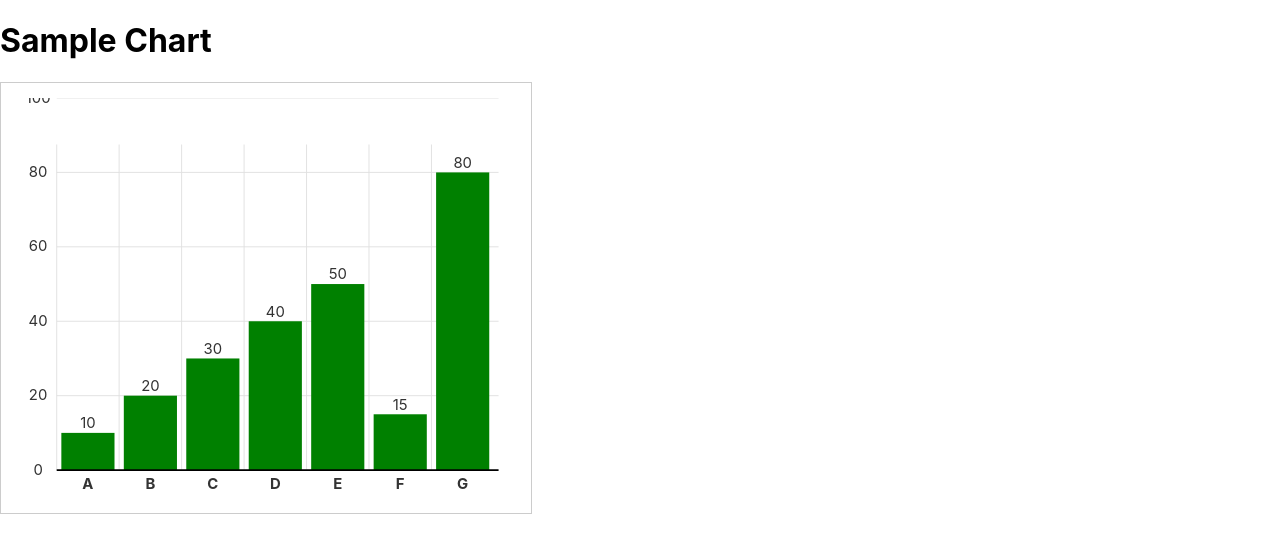
Repository: CaptainJang316/GChart
Page: /
An editor plug-in stored every save of this project. The page is shown before and after a run of saves, followed by the edit.
The browser window is 1280 px wide. The pictures show the whole page.
The project was rebuilt for these pictures with package versions that can differ from the ones it lists, and the page was loaded fresh each time. Also part of the build but not shown: src/App.css.

Above is the page before, as saved 2024-11-09 18:03:48.

### src/App.tsx
/* eslint-disable */
import React from 'react';
import './App.css';
import BarChart from './components/Chart/BarChart';
import { Option } from './types/Option';

function App() {
  const sampleOption: Option = {
    type: 'bar',
    data: [
      { label: 'A', value: 10 },
      { label: 'B', value: 20 },
      { label: 'C', value: 30 },
      { label: 'D', value: 40 },
      { label: 'E', value: 50 },
      { label: 'F', value: 15 },
      { label: 'G', value: 80 },
    ],
    layout: {
      width: 500,
      height: 400,
      axisCnt: 5
    },
    style: {
      color: "green"
    },
    tooltip: true,
    label:  {
      show: true,
      position: 'mid'
    }
  };

  return (
    <div>
      <h1>Sample Chart</h1>
      {/* 차트의 border 없애고, X,Y 축에 대한 컴포넌트들로 더 큰 바운더리 구현해야 함. */}
      {/* => ㄴㄴ. 그냥 단일 SVG로 구현하는 게 훨씬 좋음. */}

      <div className="chart-wrapper">
        <BarChart {...sampleOption}/>
      </div>
    </div>
  );
}

export default App;

### src/components/Chart/BarChart.tsx
/* eslint-disable */
import React from 'react';
import { useAxis } from '../Axis/useAxis';
import { useGrid } from '../Grid/useGrid';
import { Option } from '../../types/Option';

// interface ChartProps {
//     data: { label: string, value: number }[];
//     width?: number;
//     height?: number;
//     color?: string;
//     axisCnt?: number;
// };

const BarChart: React.FC<Option> = ({
    data,
    title,
    layout: {
        width = 400,
        height = 300,
        axisCnt = 8,
    },
    style: {
        color = '#4A90E2',
    },
    tooltip = true
}) => {
    const values = data.map(item => item.value);
    const {xAxis, yAxis, scales} = useAxis({data: values, width: width, height: height, axisCnt: axisCnt});
    const {gridLines} = useGrid({data: values, scales, width, height, horizontalLineCnt: axisCnt});

    const maxValue = Math.max(...data.map(d => d.value));
    const barWidth = (width - 30) / data.length;
    // const yTicks = 10;
    // const tickValues = Array.from({ length: yTicks }, (_, i) => (maxValue / yTicks) * i);

    return (
        // svg 요소 안에, 차트를 그린다.
        <div style={{ display: 'inline-block', width: `${width}px`, height: `${height}px`}}>
            <svg width='100%' height='100%' viewBox={`0 0 ${width} ${height + 30}`} style={{ border: '1px solid #ccc', padding: '15px'}}>
                {
                    title?
                    <g className='title-layer'>
                        <h3>{title.text}</h3>
                        {title.subTitle? <h5>{title.subTitle}</h5> : ''}
                    </g> : ''
                }
                <g className='grid-layer'>
                    {gridLines.horizontal.map((el: { id: React.Key | null | undefined; x1: number ; y1: number ; x2: number ; y2: number; }, index: number) => (
                        <line
                            key={el.id}
                            x1={el.x1}
                            y1={el.y1}
                            x2={el.x2}
                            y2={el.y2}
                            stroke="#e0e0e0"
                            // strokeDasharray="4 4"
                            strokeWidth={1}
                        />
                    ))}
                    {gridLines.vertical.map((el: { id: React.Key | null | undefined; x1: number ; y1: number ; x2: number ; y2: number; }, index: number) => (
                        <line
                            key={el.id}
                            x1={barWidth * index + 25}
                            y1={50}
                            x2={barWidth * index + 25}
                            y2={height}
                            stroke="#e0e0e0"
                            // strokeDasharray="4 4"
                            strokeWidth={1}
                        />
                    ))}
                </g>

                <g className='axis-layer'>
                    {yAxis.ticks.map((tick) => (
                        <text
                            x={5}
                            y={tick.position}
                            textAnchor="middle"
                            // fontSize="10"
                            fill="#333"
                        >
                        {tick.value}
                        </text>
                    ))}
                </g>

                <g className='chart-layer'>
                    {data.map((d, i) => {
                        const barHeight = height - scales.yScale(d.value);
                        return (
                            // g는 svg 요소 내에 사용되는 것.
                            // svg에서 그룹을 만드는 역할을 한다.
                            // trangform은 그룹의 위치를 변환하는 데 사용됨.
                            // translate(${i * barWidth}, ${height - barHeight}) <- x축, y축 이동 정도 지정

                            <g key={i} transform={`translate(${i * barWidth}, ${height - barHeight})`}>
                                <rect
                                    width={barWidth - 10}
                                    height={barHeight}
                                    fill={color}
                                    x={30}
                                    y={0}
                                />
                                <text
                                    x={barWidth / 2 + 25}
                                    y={-5}
                                    textAnchor="middle"
                                    // fontSize="10"
                                    fill="#333"
                                >
                                    {d.value}
                                </text>
                            </g>
                        );
                    })}
                </g>

                <g className='bottom-layer'>
                    <line
                        x1={25}
                        y1={height}
                        x2={width}
                        y2={height}
                        stroke="black"
                        // strokeDasharray="4 4"
                        strokeWidth={2}
                    />
                </g>
                <g className='label-layer'>
                    {data.map((d, i) => {
                        let currX = barWidth * i;
                        return (
                            <text
                            x={currX + barWidth / 2 + 25}
                            y={height + 20}
                            textAnchor="middle"
                            // fontSize="12"
                            fontWeight="bold"
                            fill="#333"
                        >
                            {d.label}
                        </text>
                        );
                    })}
                </g>
            </svg>
        </div>
    );
};

export default BarChart;

### src/components/Axis/useAxis.ts
/* eslint-disable */
import { useMemo } from 'react';
import { scaleLinear } from 'd3-scale';

interface AxisProps {
    data: number[];
    width: number;
    height: number;
    axisCnt?: number;
    horizontalPadding?: number; // 좌우 패딩
    topPadding?: number; // 위쪽 패딩
}

export const useAxis = ({
    data,
    width,
    height,
    axisCnt = 6,
    horizontalPadding = 40,
    topPadding = 40
}: AxisProps) => {
    const scales = useMemo(() => {
        // X축 스케일 설정
        const xScale = scaleLinear()
            .domain([0, data.length - 1])
            .range([horizontalPadding, width - horizontalPadding]);

        // Y축 스케일 설정
        const maxValue = Math.max(...data);
        const yMaxValue = getAppropriateMaxValue(maxValue);

        const yScale = scaleLinear()
            .domain([0, yMaxValue])
            // 위쪽 패딩만 적용하고 아래쪽은 height 값 그대로 사용
            .range([height, 0]); // -1을 해서 baseline에 정확히 맞춤

        return { xScale, yScale };
    }, [data, width, height, horizontalPadding, topPadding]);

    const xAxis = useMemo(() => {
        return {
            ticks: data.map((_, index) => ({
                value: index,
                position: scales.xScale(index)
            }))
        };
    }, [scales.xScale, data]);

    const yAxis = useMemo(() => {
        const ticks = scales.yScale.ticks(axisCnt);
        return {
            ticks: ticks.map(tick => ({
                value: tick,
                position: scales.yScale(tick) + 5
            }))
        };
    }, [scales.yScale, axisCnt]);

    return { xAxis, yAxis, scales };
};

// 적절한 최대값을 계산하는 헬퍼 함수
function getAppropriateMaxValue(maxValue: number): number {
    const magnitude = Math.pow(10, Math.floor(Math.log10(maxValue)));
    const normalized = maxValue / magnitude;

    if (normalized <= 1) return magnitude;
    if (normalized <= 2) return 2 * magnitude;
    if (normalized <= 5) return 5 * magnitude;
    return 10 * magnitude;
}

### src/components/Grid/useGrid.ts
/* eslint-disable */
import { useMemo } from 'react';

interface GridProps {
    data: number[],
    scales: {
        xScale: any;
        yScale: any;
    },
    width: number,
    height: number
    horizontalLineCnt: number;
}

export const useGrid = ({data, scales, width, height, horizontalLineCnt}: GridProps) => {
    const gridLines = useMemo(() => {
        const vertical = scales.xScale.ticks(data.length - 1).map((tick: number) => ({
            id: `x-${tick}`,
            x1: scales.xScale(tick),
            y1: 0,
            x2: scales.xScale(tick),
            y2: height,
        }));

        const horizontal = scales.yScale.ticks(horizontalLineCnt).map((tick: number) => ({
            id: `y-${tick}`,
            x1: 25,
            y1: scales.yScale(tick),
            x2: width,
            y2: scales.yScale(tick)
        }));

        return {vertical, horizontal};
    }, [scales, width, height]);

    return { gridLines };
}

Loaded but not shown: public/index.html (common file); src/index.tsx (common file); src/index.css (common file); src/reportWebVitals.ts (common file)

After the next 2 saves:
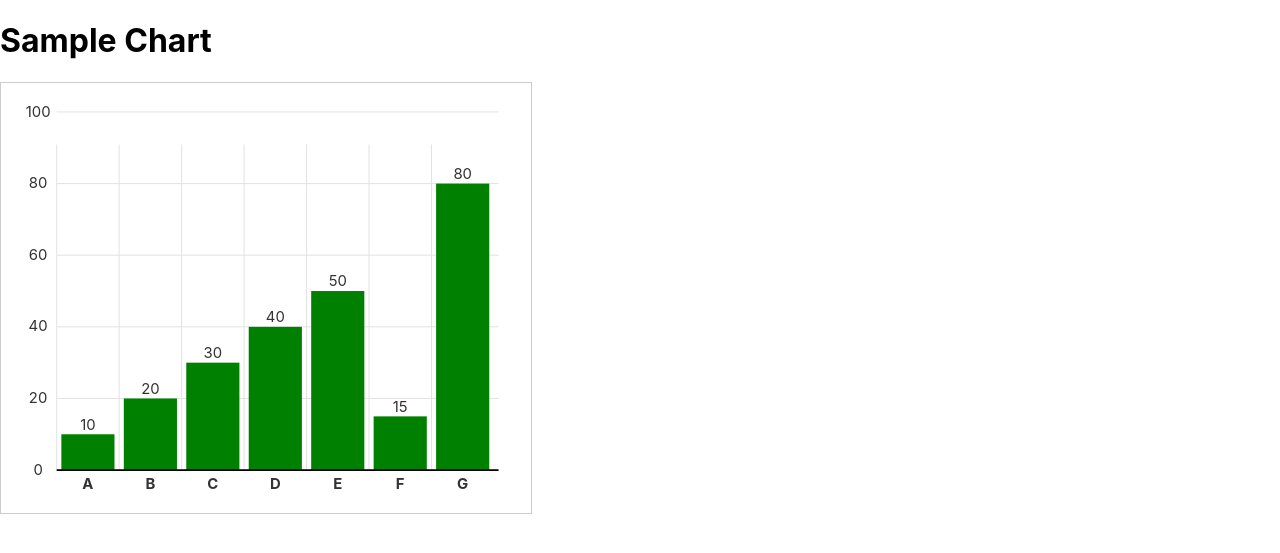
The 2 saves are shown as one change because they came seconds apart.
The last was saved 11 s later.
--- a/src/components/Axis/useAxis.ts
+++ b/src/components/Axis/useAxis.ts
@@ -32,7 +32,7 @@ export const useAxis = ({
         const yScale = scaleLinear()
             .domain([0, yMaxValue])
             // 위쪽 패딩만 적용하고 아래쪽은 height 값 그대로 사용
-            .range([height, 0]); // -1을 해서 baseline에 정확히 맞춤
+            .range([height, 15]); // -1을 해서 baseline에 정확히 맞춤
 
         return { xScale, yScale };
     }, [data, width, height, horizontalPadding, topPadding]);
